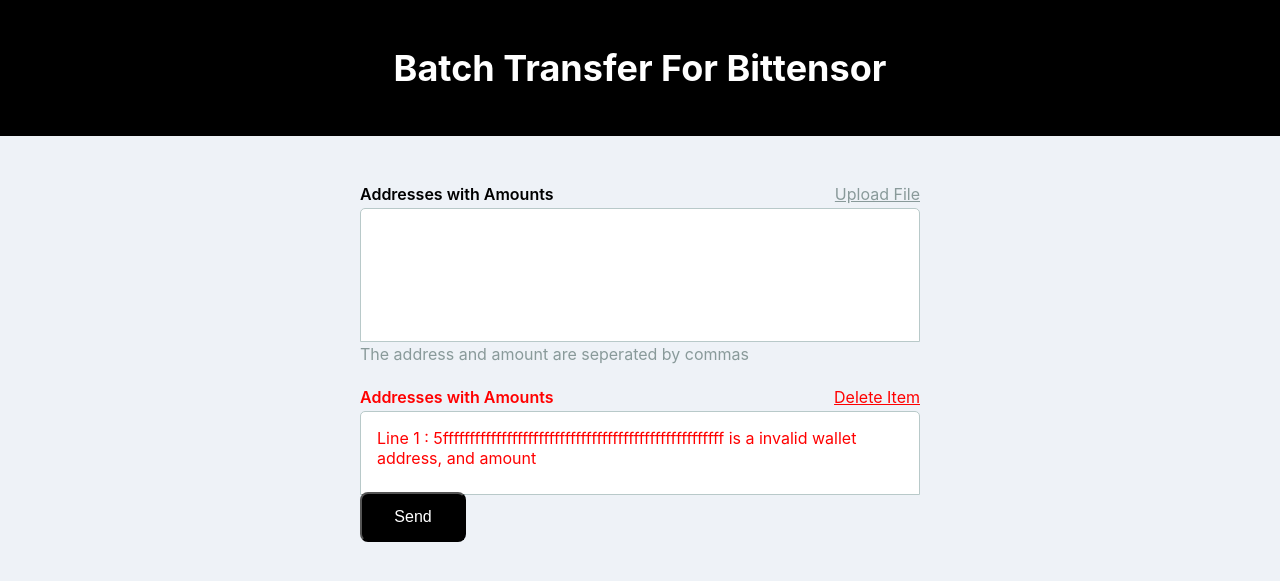
Repository: Dawid-Ace/batch_transfer_tao_master_ui
Page: /
These files come from the project's save history. The page is drawn as it stood at one moment and after the next save; the edit follows.
The browser window is 1280 px wide. The pictures show the whole page.
The project was rebuilt for these pictures with package versions that can differ from the ones it lists, and the page was loaded fresh each time.

Above is the page before, as saved 2023-05-10 04:33:23.

After the next save:
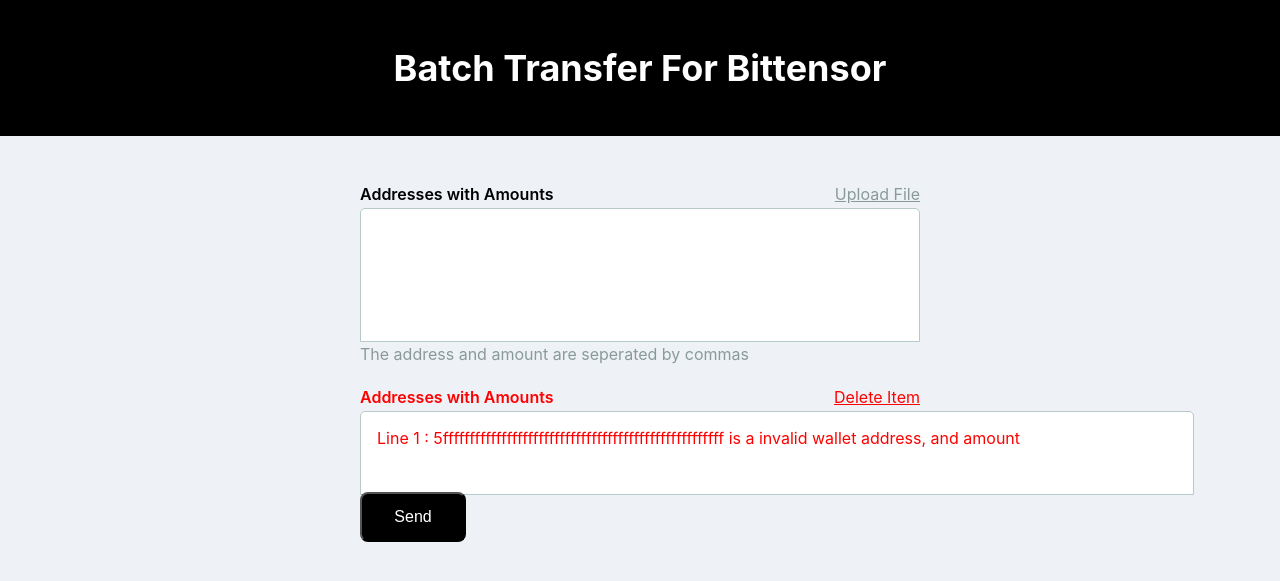
Saved 41 s later.
--- a/src/components/TransferForm/index.jsx
+++ b/src/components/TransferForm/index.jsx
@@ -154,6 +154,7 @@
     padding: 16px;
     background-color: white;
     min-height: 50px;
+    min-width: 800px;
   `
 
   return (
